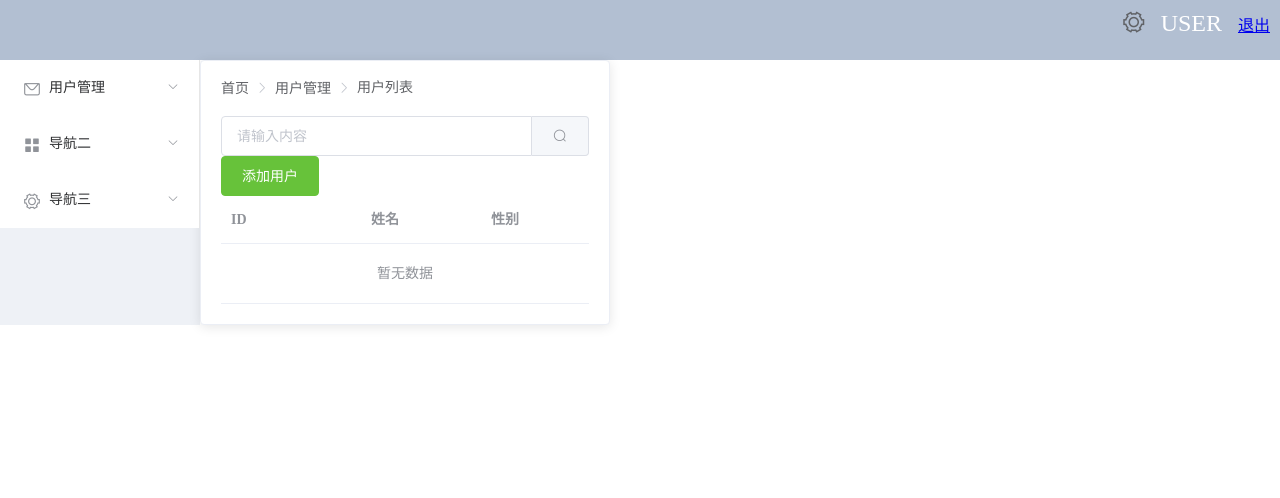
Repository: euphor1azzy/testlist
Page: /#/users (app in list/)
An editor plug-in stored every save of this project. The page is shown before and after a run of saves, followed by the edit.
The browser window is 1280 px wide. The pictures show the whole page.
The project was rebuilt for these pictures with package versions that can differ from the ones it lists, and the page was loaded fresh each time. Requests to the local data server were answered from the project's data file. Also part of the build but not shown: list/src/views/login/login.vue.

Above is the page before, as saved 2020-08-25 17:35:34.

### list/src/main.js
// 引入组件
import Vue from 'vue'
import ElementUI from 'element-ui';
import App from './App.vue'
import router from './router'
import MyHttpServer from './plugins/http'
Vue.use(router);


// 引入css文件
import './assets/css/reset.css'
import 'element-ui/lib/theme-chalk/index.css';


//使用插件
Vue.use(ElementUI)
Vue.use(MyHttpServer)
Vue.config.productionTip = false


new Vue({
    el: '#app',
    router,
    render: h => h(App)
}).$mount('#app')

### list/src/App.vue
<template>
  <div id="app" >

    <router-view></router-view>
  </div>
</template>

<script>

</script>

<style>
#app{

  height:100vh
}
</style>

### list/src/router/index.js
import Vue from 'vue'
import Router from 'vue-router'
import Home from '../views/home.vue'
import Login from '../views/login/login.vue'
import Users from '../components/users/users.vue'



Vue.use(Router);



export default new Router({
    routes: [{
            path: '/',
            name: 'Home',
            component: Home,
            children: [{
                name: 'Users',
                path: 'users',
                component: Users
            }]

        },
        {
            name: 'Login',
            path: '/login',
            component: Login
        }
    ]
});

### list/src/plugins/http.js
//将axios改为插件
import axios from 'axios'
const MyHttpServer = {}


MyHttpServer.install = (Vue) => {
    axios.defaults.baseURL = 'http://localhost:8888/api/private/v1/'

    // 添加实例方法
    Vue.prototype.$http = axios

}

export default MyHttpServer

### list/src/assets/css/reset.css
/*! minireset.css v0.0.2 | MIT License | github.com/jgthms/minireset.css */

html,
body,
p,
ol,
ul,
li,
dl,
dt,
dd,
blockquote,
figure,
fieldset,
legend,
textarea,
pre,
iframe,
hr,
h1,
h2,
h3,
h4,
h5,
h6 {
    /* height: 100%; */
    margin: 0;
    padding: 0;
}

h1,
h2,
h3,
h4,
h5,
h6 {
    font-size: 100%;
    font-weight: normal;
}

ul {
    list-style: none;
}

button,
input,
select,
textarea {
    margin: 0;
}

html {
    box-sizing: border-box;
}

* {
    box-sizing: inherit;
}

*:before,
*:after {
    box-sizing: inherit;
}

img,
embed,
object,
audio,
video {
    height: auto;
    max-width: 100%;
}

iframe {
    border: 0;
}

table {
    border-collapse: collapse;
    border-spacing: 0;
}

td,
th {
    padding: 0;
    text-align: left;
}

### list/src/views/home.vue
<template>

  <div class="con">
    <!-- 头部 -->
    <v-appnav></v-appnav>
     <!-- 侧边栏 -->

    <v-appslider></v-appslider>

    <!-- 内容 -->
   <!-- <v-list></v-list> -->
   <!-- <el-main class="main"> -->
     <router-view></router-view>
   <!-- </el-main> -->

  </div>
</template>

<script>
// 导入组件

import AppNav from "../components/common/appnav";
import AppSlider from "../components/common/appslider";
// import List from "../components/list/list";

export default {
  name: "Home",
  // 注册组件
  components: {
    "v-appnav": AppNav,
    "v-appslider": AppSlider,
    // "v-list": List,
  },
};
</script>

<style>
.con {
  /* height: 100%; */
  display: flex;
  flex: auto;
  flex-flow: row wrap;
  justify-content: flex-start;
}
</style>

### list/src/components/users/users.vue
<template>

 <el-card class="box-card">
 <!-- 面包屑 -->
    <el-breadcrumb separator-class="el-icon-arrow-right">
    <!-- <el-breadcrumb-item :to="{ path: '/' }">首页</el-breadcrumb-item> -->
    <el-breadcrumb-item>首页</el-breadcrumb-item>
    <el-breadcrumb-item>用户管理</el-breadcrumb-item>
    <el-breadcrumb-item>用户列表</el-breadcrumb-item>
    </el-breadcrumb>

    <!-- 搜索 -->
    <el-row class="searchC">
        <el-col>

                     <el-input
                     placeholder="请输入内容"
                     v-model="query"
                     class="inputSearch">
                          <el-button  slot="append" icon="el-icon-search"></el-button>
                     </el-input>
                      <el-button type="success" >添加用户</el-button>
        </el-col>
    </el-row>
    <!-- 表格 -->
             <el-table :data="items">
            <el-table-column prop="id" label="ID" width="140"></el-table-column>
            <el-table-column prop="name" label="姓名" width="120"></el-table-column>
            <el-table-column prop="gender" label="性别"></el-table-column>
          </el-table>
</el-card>
</template>

<script>
export default {
    data() {
        return {
            query:''
        }
    }

}
</script>

<style>
.box-card{
    height: 100%;
}
.inputSearch{
    width: 300px;
}
.searchC{
    margin-top: 20px;
}
</style>

### list/src/components/common/appnav.vue
<template>
  <el-header class="nav">
    <el-dropdown>
      <i class="el-icon-setting" style="margin-right: 15px"></i>
      <el-dropdown-menu slot="dropdown">
        <el-dropdown-item>查看</el-dropdown-item>
        <el-dropdown-item>新增</el-dropdown-item>
        <el-dropdown-item>删除</el-dropdown-item>
      </el-dropdown-menu>
    </el-dropdown>
    <span>USER</span>
    <router-link to="/login" style="padding-left:16px;font-size:16px"
      >退出</router-link
    >
  </el-header>
</template>

<script>
export default {
  name: "AppNav",
};
</script>

<style scoped>

.nav {
  padding: 10px;
  text-align: right;
  font-size: 24px;
  width: 100%;
  color: #fff;
  background-color: #b2bfd2;
}
.el-icon-setting::before {
  font-size: 24px;
}
</style>

### list/src/components/common/appslider.vue
<template>
   <!-- <el-container style="height: 100%; border: 1px solid #eee"> -->
      <el-aside width="200px" style="background-color: rgb(238, 241, 246)">
        <el-menu :unique-opened="true"
        :router="true">
          <el-submenu index="1">
            <template slot="title">
              <i class="el-icon-message"></i>用户管理
            </template>
            <el-menu-item-group>
              <template slot="title">分组一</template>
              <el-menu-item index="users">用户列表</el-menu-item>
              <el-menu-item index="1-2">用户设置</el-menu-item>
            </el-menu-item-group>
            <el-menu-item-group title="分组2">
              <el-menu-item index="1-3">选项3</el-menu-item>
            </el-menu-item-group>
            <el-submenu index="1-4">
              <template slot="title">选项4</template>
              <el-menu-item index="1-4-1">选项4-1</el-menu-item>
            </el-submenu>
          </el-submenu>
          <el-submenu index="2">
            <template slot="title">
              <i class="el-icon-menu"></i>导航二
            </template>
            <el-menu-item-group>
              <template slot="title">分组一</template>
              <el-menu-item index="2-1">选项1</el-menu-item>
              <el-menu-item index="2-2">选项2</el-menu-item>
            </el-menu-item-group>
            <el-menu-item-group title="分组2">
              <el-menu-item index="2-3">选项3</el-menu-item>
            </el-menu-item-group>
            <el-submenu index="2-4">
              <template slot="title">选项4</template>
              <el-menu-item index="2-4-1">选项4-1</el-menu-item>
            </el-submenu>
          </el-submenu>
          <el-submenu index="3">
            <template slot="title">
              <i class="el-icon-setting"></i>导航三
            </template>
            <el-menu-item-group>
              <template slot="title">分组一</template>
              <el-menu-item index="3-1">选项1</el-menu-item>
              <el-menu-item index="3-2">选项2</el-menu-item>
            </el-menu-item-group>
            <el-menu-item-group title="分组2">
              <el-menu-item index="3-3">选项3</el-menu-item>
            </el-menu-item-group>
            <el-submenu index="3-4">
              <template slot="title">选项4</template>
              <el-menu-item index="3-4-1">选项4-1</el-menu-item>
            </el-submenu>
          </el-submenu>
        </el-menu>
      </el-aside>
   <!-- </el-container> -->
</template>

<script>
export default {

}
</script>

<style>

</style>

### list/server/db.json
{
    "users": [{
            "id": 1,
            "name": "abc",
            "age": 18,
            "gender": "男"
        },
        {
            "id": 2,
            "name": "SDSA",
            "age": 18,
            "gender": "男"
        },
        {
            "id": 3,
            "name": "SDSD",
            "age": 18,
            "gender": "女"
        },
        {
            "id": 4,
            "name": "FSAFA",
            "age": 18,
            "gender": "男"
        }
    ],
    "heroes": [{
        "id": 1,
        "name": "刘备",
        "gender": "男"
    }, {
        "id": 2,
        "name": "关羽",
        "gender": "男"
    }, {
        "id": 3,
        "name": "张飞",
        "gender": "男"
    }, {
        "id": 4,
        "name": "孙尚香",
        "gender": "女"
    }]
}

Loaded but not shown: list/public/index.html (common file)

After the next 2 saves:
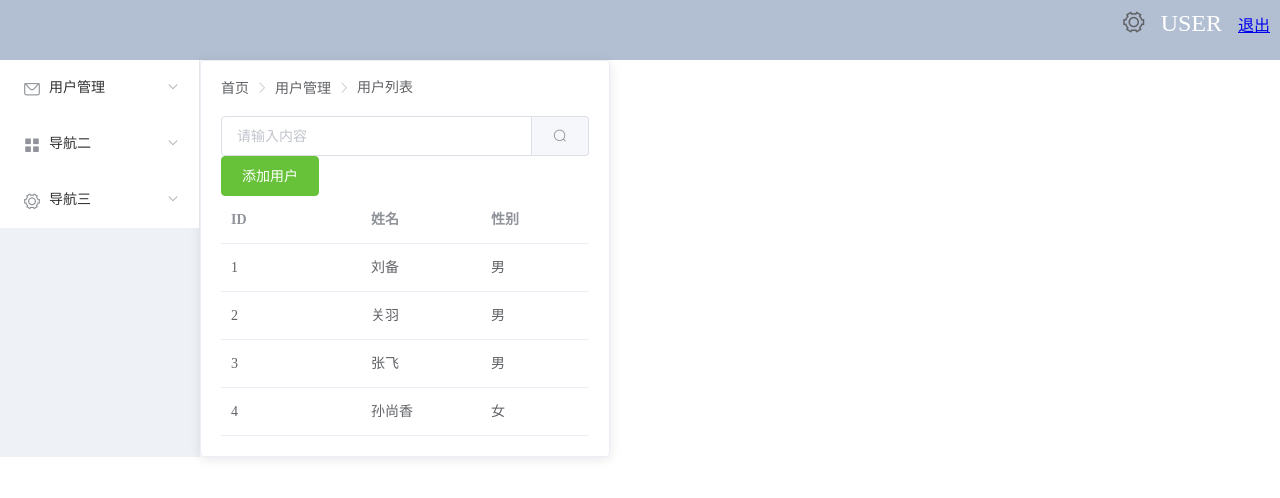
The 2 saves are shown as one change because 1 did not build or start.
The last was saved 2 min 26 s later.
--- a/list/src/components/users/users.vue
+++ b/list/src/components/users/users.vue
@@ -1,55 +1,64 @@
 <template>
-
- <el-card class="box-card">
- <!-- 面包屑 -->
+  <el-card class="box-card">
+    <!-- 面包屑 -->
     <el-breadcrumb separator-class="el-icon-arrow-right">
-    <!-- <el-breadcrumb-item :to="{ path: '/' }">首页</el-breadcrumb-item> -->
-    <el-breadcrumb-item>首页</el-breadcrumb-item>
-    <el-breadcrumb-item>用户管理</el-breadcrumb-item>
-    <el-breadcrumb-item>用户列表</el-breadcrumb-item>
+      <!-- <el-breadcrumb-item :to="{ path: '/' }">首页</el-breadcrumb-item> -->
+      <el-breadcrumb-item>首页</el-breadcrumb-item>
+      <el-breadcrumb-item>用户管理</el-breadcrumb-item>
+      <el-breadcrumb-item>用户列表</el-breadcrumb-item>
     </el-breadcrumb>
 
     <!-- 搜索 -->
     <el-row class="searchC">
-        <el-col>
-
-                     <el-input
-                     placeholder="请输入内容"
-                     v-model="query"
-                     class="inputSearch">
-                          <el-button  slot="append" icon="el-icon-search"></el-button>
-                     </el-input>
-                      <el-button type="success" >添加用户</el-button>
-        </el-col>
+      <el-col>
+        <el-input placeholder="请输入内容" v-model="query" class="inputSearch">
+          <el-button slot="append" icon="el-icon-search"></el-button>
+        </el-input>
+        <el-button type="success">添加用户</el-button>
+      </el-col>
     </el-row>
     <!-- 表格 -->
-             <el-table :data="items">
-            <el-table-column prop="id" label="ID" width="140"></el-table-column>
-            <el-table-column prop="name" label="姓名" width="120"></el-table-column>
-            <el-table-column prop="gender" label="性别"></el-table-column>
-          </el-table>
-</el-card>
+    <el-table :data="items">
+      <el-table-column prop="id" label="ID" width="140"></el-table-column>
+      <el-table-column prop="name" label="姓名" width="120"></el-table-column>
+      <el-table-column prop="gender" label="性别"></el-table-column>
+    </el-table>
+  </el-card>
 </template>
 
 <script>
+
+    import axios from 'axios'
 export default {
-    data() {
-        return {
-            query:''
-        }
-    }
-
+created() {
+    this.loadData();
+  },
+  methods: {
+    loadData() {
+      axios.get("http://localhost:3000/heroes").then((res) => {
+        this.items = res.data;
+      });
+    },
+  },
+  name: "list",
+  data() {
+    return {
+      items: [],
+      name: "",
+      gender: "",
+    };
+  },
 }
 </script>
 
 <style>
-.box-card{
-    height: 100%;
+.box-card {
+  height: 100%;
 }
-.inputSearch{
-    width: 300px;
+.inputSearch {
+  width: 300px;
 }
-.searchC{
-    margin-top: 20px;
+.searchC {
+  margin-top: 20px;
 }
 </style>
